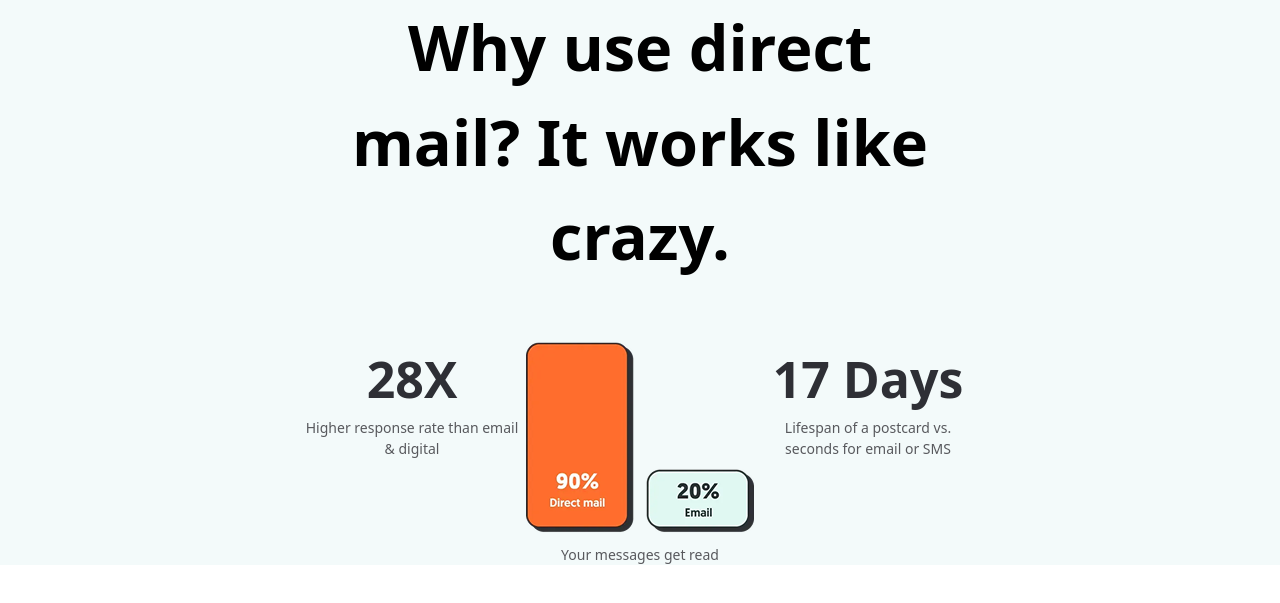
Repository: trusha97/postpilot
Page: mailsende.html
An editor plug-in stored every save of this project. The page is shown before and after the next save, followed by the edit.
The browser window is 1280 px wide. The pictures show the whole page.
Some web libraries are served in a nearby version.

Above is the page before, as saved 2025-05-21 15:01:17.

### mailsende.html
<!DOCTYPE html>
<html lang="en">

<head>
    <meta charset="UTF-8" />
    <meta name="viewport" content="width=device-width, initial-scale=1.0" />
    <title>mail send</title>
    <!-- Tailwind CSS CDN -->
    <script src="https://cdn.tailwindcss.com"></script>
</head>

<body>
    <div class="bg-[#F3FAFA]">
        <div>
            <p class="text-[63px] max-w-[615px] text-center mx-auto font-bold">Why use direct mail?
                It <span>works</span> like crazy.</p>
        </div>
        <div class="flex flex-wrap justify-center gap-[] mt-[58px] mx-auto max-w-6xl px-4">
            <div class="w-full sm:w-[45%] md:w-[30%] max-w-[228px] text-center">
                <h2 class="text-[63px] font-bold text-[#2E2F35] md:text-[50px] sm:text-[30px]">28X</h2>
                <p class="text-[14px] font-medium text-[#58595D]">
                    Higher response rate than email<br>& digital
                </p>
            </div>
            <div class="w-full sm:w-[45%] md:w-[30%] max-w-[228px] text-center">
                <img src="Assets/images/emailmobile.png" class="mx-auto">
                <p class="text-[14px] font-medium text-[#58595D]">Your messages get read</p>
            </div>
            <div class="w-full sm:w-[45%] md:w-[30%] max-w-[228px] text-center">
                <h2 class="text-[63px] font-bold text-[#2E2F35] md:text-[50px] sm:text-[30px]">17 Days</h2>
                <p class="text-[14px] font-medium text-[#58595D]">
                    Lifespan of a postcard vs.<br>seconds for email or SMS
                </p>
            </div>
        </div>

    </div>
</body>

</html>

After the next save:
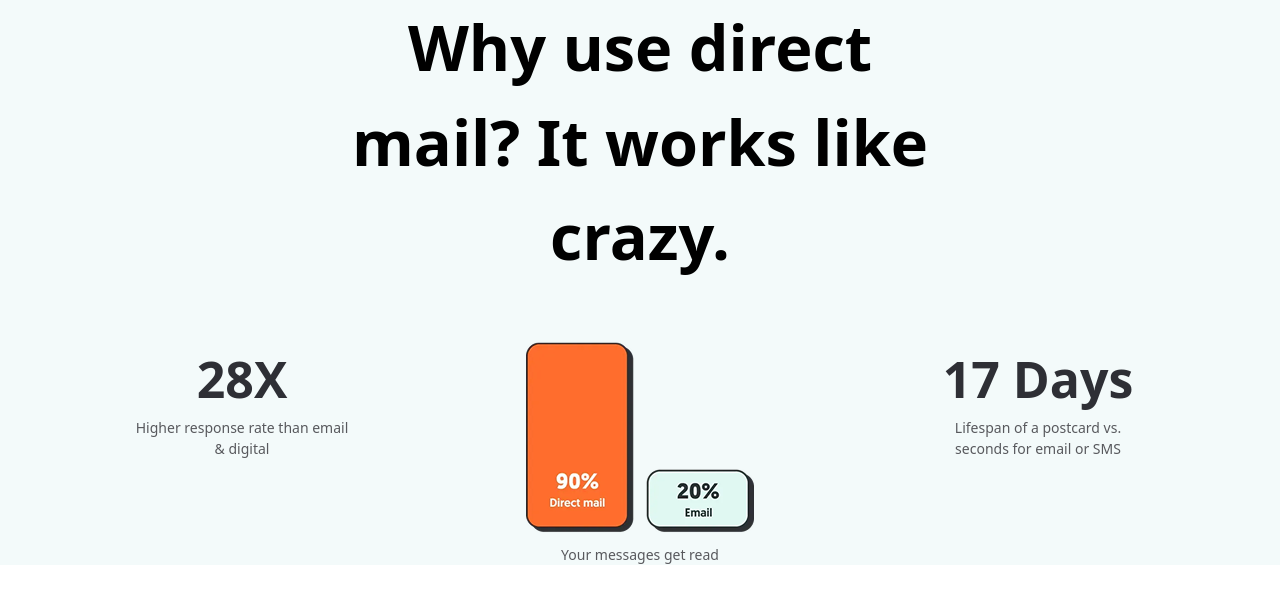
Saved 4 s later.
--- a/mailsende.html
+++ b/mailsende.html
@@ -15,7 +15,7 @@
             <p class="text-[63px] max-w-[615px] text-center mx-auto font-bold">Why use direct mail?
                 It <span>works</span> like crazy.</p>
         </div>
-        <div class="flex flex-wrap justify-center gap-[] mt-[58px] mx-auto max-w-6xl px-4">
+        <div class="flex flex-wrap justify-center gap-[170px] mt-[58px] mx-auto max-w-6xl px-4">
             <div class="w-full sm:w-[45%] md:w-[30%] max-w-[228px] text-center">
                 <h2 class="text-[63px] font-bold text-[#2E2F35] md:text-[50px] sm:text-[30px]">28X</h2>
                 <p class="text-[14px] font-medium text-[#58595D]">
